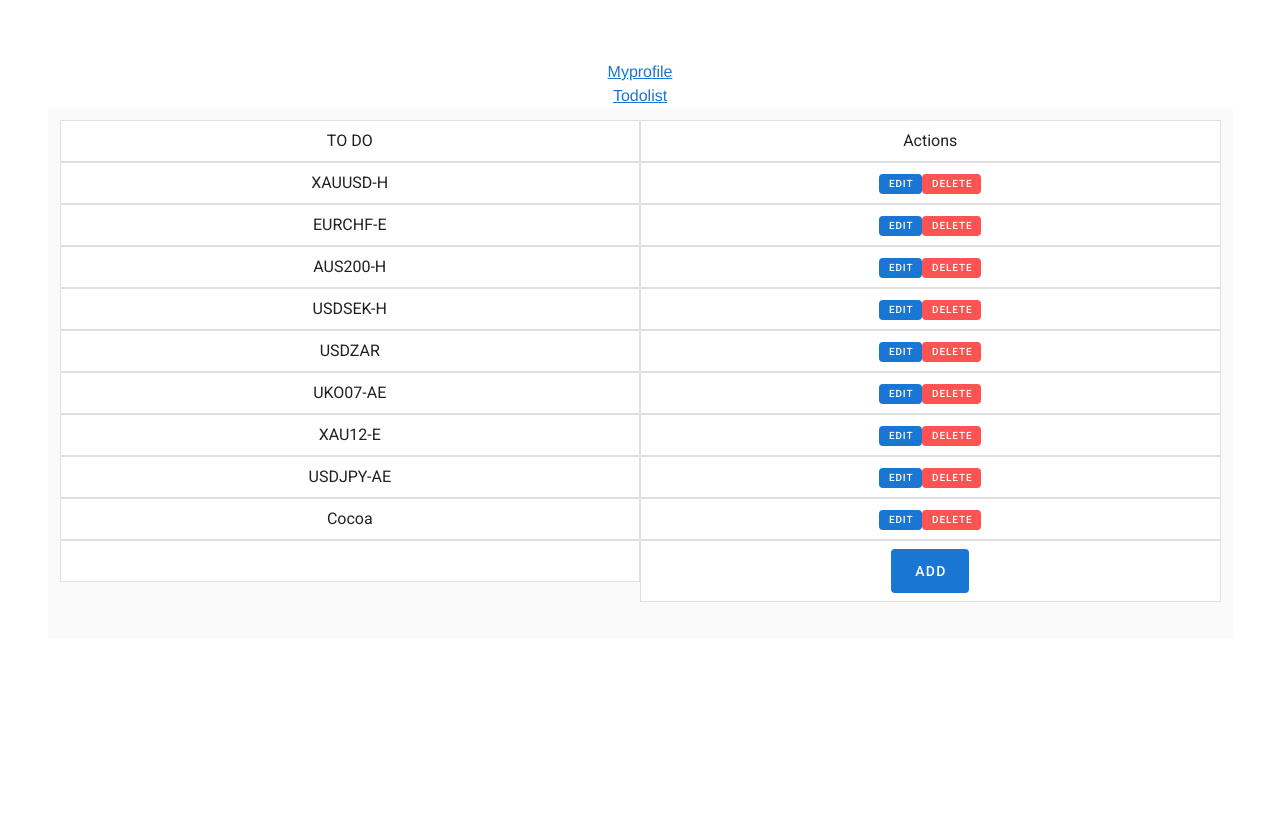
Repository: Shanshan67/todolist
Page: /#/todolist
The author's editor kept a copy of each file at every save. The page is drawn from the files as they stood at one save, then again after the next save.
The browser window is 1280 px wide. The pictures show the whole page.
The project was rebuilt for these pictures with package versions that can differ from the ones it lists, and the page was loaded fresh each time. Requests to the local data server were answered from the project's data file. Also part of the build but not shown: src/pages/Dashboard.vue, src/components/Search.vue, src/components/List.vue, src/pages/Myprofile.vue.

Above is the page before, as saved 2022-07-20 20:48:18.

### index.html
<!DOCTYPE html>
<html>
  <head>
    <meta charset="utf-8">
    <meta name="viewport" content="width=device-width,initial-scale=1.0">
    <link href="https://fonts.googleapis.com/css?family=Roboto:100,300,400,500,700,900" rel="stylesheet">
    <link href="https://cdn.jsdelivr.net/npm/@mdi/font@6.x/css/materialdesignicons.min.css" rel="stylesheet">
    <title>baoge</title>
  </head>
  <body>
    <div id="app"></div>
    <!-- built files will be auto injected -->
  </body>
</html>

### src/main.js
// The Vue build version to load with the `import` command
// (runtime-only or standalone) has been set in webpack.base.conf with an alias.
import Vue from 'vue'
import App from './App'
import router from './router'
import store from './store'
import './plugins/vuetify'
import vuetify from '@/plugins/vuetify'

Vue.config.productionTip = false

/* eslint-disable no-new */
new Vue({
  el: '#app',
  router,
  store,
  vuetify,
  components: { App },
  template: '<App/>'
})

### src/App.vue
<template>
  <v-app>
    <div>
      <HelloWorld/>
    </div>
    <div>
      <router-link to="/profile">Myprofile</router-link>
      <v-spacer></v-spacer>
      <router-link to="/todolist">Todolist</router-link>
    </div>
    <v-content>
      <router-view/>
    </v-content>
  </v-app>
</template>

<script>
import Dashboard from './pages/Dashboard.vue';
export default {
    name: "App",
    components: { Dashboard }
}
</script>

<style>
#app {
  font-family: 'Avenir', Helvetica, Arial, sans-serif;
  -webkit-font-smoothing: antialiased;
  -moz-osx-font-smoothing: grayscale;
  text-align: center;
  color: #2c3e50;
  margin-top: 60px;
}
</style>

### src/router/index.js
import Vue from 'vue'
import Router from 'vue-router'
import Dashboard from '@/pages/Dashboard'
import Myprofile from '../pages/Myprofile'
import Todolist from '../pages/Todolist'

Vue.use(Router)

export default new Router({
  routes: [
    {
      path: '/',
      name: 'Dashboard',
      component: Dashboard
    },
    {
			path:'/profile',
			component:Myprofile
		},
		{
			path:'/todolist',
			component:Todolist
		}
  ]
})

### src/store/index.js
import Vue from 'vue'
import Vuex from 'vuex'
import Axios from "axios"

Vue.use(Vuex)

const todoUrl = "http://localhost:3000/todos";

const actions = {
	searchName(context,value){
		Axios.get(`${todoUrl}/${value}`).then(response => {
            context.commit('searchName', response.data);
			console.log(response.data)
        });
	}
}


const mutations = {
	searchName(state,data){
		state.users = data
	}
}

const state = {
	users:[]
}

export default new Vuex.Store({
	state,
	actions,
	mutations
})

### src/plugins/vuetify.js
// src/plugins/vuetify.js

import Vue from 'vue'
import Vuetify from 'vuetify'
import 'vuetify/dist/vuetify.min.css'

Vue.use(Vuetify, {
    iconfont: 'md',
    theme:{
        primary: '#962ff',
        success: '#3cd1c2',
        info: '#ffaa2c',
        error: '#f83e70',
    }
})

const opts = {}

export default new Vuetify(opts)

### src/pages/Todolist.vue
<template>
	<div>
		<v-app id="inspire">
    		<v-container class="grey lighten-5">
				<v-row class="mb-6" no-gutters>
					<v-col sm="5" md="6">
						<v-card class="pa-2" outlined tile>TO DO</v-card>
					</v-col>
					<v-col sm="5" offset-sm="2" md="6" offset-md="0">
          				<v-card class="pa-2" outlined tile>Actions</v-card>
        			</v-col>

					<v-col sm="5" md="6">
						<v-card class="pa-2" outlined tile
							v-for="(item, i) in todoList" :key="i">
							{{item.name}}</v-card>
					</v-col>
					<v-col sm="5" offset-sm="2" md="6" offset-md="0">
          				<v-card class="pa-2" outlined tile
						v-for="(item, i) in todoList" :key="i">
							<v-btn x-small
        							depressed
        							color="primary"
									@click="handleEdit(item.id)">Edit</v-btn>
      		 				<v-btn x-small
        							depressed
        							color="error"
									@click="handleDelete(item.id)">Delete</v-btn></v-card>
        			</v-col>
					<v-col sm="6" md="5" lg="6">
          				<v-card class="pa-2" outlined tile>
							<input v-model="todoItem.name"/>
    					</v-card>
					</v-col>
        			<v-col sm="6" md="5" offset-md="2" lg="6" offset-lg="0">
          				<v-card class="pa-2" outlined tile>
							<v-btn large
        						depressed
        						color="primary"
								@click="handleToDoItem">{{ editMode ? "Edit" : "Add" }}</v-btn>
							<v-btn large
								v-if="editMode"
        						depressed
        						color="error"
								@click="handleCancel">Cancel</v-btn>
          				</v-card>
        			</v-col>
				</v-row>
			</v-container>
  		</v-app>
	</div>
</template>

<script>
	import Axios from "axios";
	const todoUrl = "http://localhost:3000/todos";
	export default {
		name:'Todolist',
		data() {
			return {
				todoList:[],
				todoItem:{},
				editMode:false
			}
		},
		methods: {
			handleEdit(id){
				this.editMode=true;
				this.todoItem=this.todoList.find((item) => item.id == id);
			},
			handleCancel() {
				this.editMode=false;
				this.todoItem="";
			},
			async handleToDoItem(){
				const id=this.todoItem.id;
				if(this.editMode){
					await Axios.put(`${todoUrl}/${id}`, this.todoItem);
					this.editMode=false;
					this.todoItem.name="";
				}else{
					await Axios.post(todoUrl, this.todoItem);
					this.todoItem.name = "";
				}
				Axios.get(todoUrl).then((response) => (this.todoList = response.data));
			},
			async handleDelete(id) {
				await Axios.delete(`${todoUrl}/${id}`);
				Axios.get(todoUrl).then((response) => (this.todoList = response.data));
			}
		},
		created() {
			Axios.get(todoUrl).then((response) => (this.todoList = response.data));
		}
	}
</script>

### db.json
{
  "todos": [
    {
      "id": 2,
      "server_id": 3,
      "name": "XAUUSD-H",
      "description": "Gold vs USD",
      "currency": "USD",
      "type": 4,
      "digits": 2,
      "trade": 0,
      "swap_long": -1.83625,
      "swap_short": 1.82325,
      "contract_size": 100
    },
    {
      "id": 3,
      "server_id": 3,
      "name": "EURCHF-E",
      "description": "Euro vs Swiss Franc",
      "currency": "EUR",
      "type": 6,
      "digits": 5,
      "trade": 0,
      "swap_long": 0.027,
      "swap_short": -0.825,
      "contract_size": 100000
    },
    {
      "id": 4,
      "server_id": 3,
      "name": "AUS200-H",
      "description": "S&P/ASX200",
      "currency": "AUD",
      "type": 4,
      "digits": 2,
      "trade": 0,
      "swap_long": 0.68,
      "swap_short": -1.06,
      "contract_size": 1
    },
    {
      "id": 5,
      "server_id": 3,
      "name": "USDSEK-H",
      "description": "US Dollar vs Swedish Krona",
      "currency": "USD",
      "type": 4,
      "digits": 5,
      "trade": 0,
      "swap_long": 0.256,
      "swap_short": -1.44,
      "contract_size": 100000
    },
    {
      "id": 6,
      "server_id": 3,
      "name": "USDZAR",
      "description": "US Dollar vs South African Rand",
      "currency": "USD",
      "type": 0,
      "digits": 5,
      "trade": 2,
      "swap_long": -23.004,
      "swap_short": 5.88,
      "contract_size": 100000
    },
    {
      "id": 8,
      "server_id": 3,
      "name": "UKO07-AE",
      "description": "Brent Crude Oil Cash Future 0124-0530",
      "currency": "USD",
      "type": 29,
      "digits": 3,
      "trade": 0,
      "swap_long": -8.604,
      "swap_short": 4.626,
      "contract_size": 1000
    },
    {
      "id": 9,
      "server_id": 3,
      "name": "XAU12-E",
      "description": "Gold Future",
      "currency": "USD",
      "type": 4,
      "digits": 2,
      "trade": 0,
      "swap_long": -11.088,
      "swap_short": 0.792,
      "contract_size": 100
    },
    {
      "id": 10,
      "server_id": 3,
      "name": "USDJPY-AE",
      "description": "US Dollar vs Japanese Yen",
      "currency": "USD",
      "type": 27,
      "digits": 3,
      "trade": 0,
      "swap_long": 1.35,
      "swap_short": -4.191,
      "contract_size": 100000
    },
    {
      "id": 11,
      "server_id": 3,
      "name": "Cocoa",
      "description": "US Cocoa",
      "currency": "USD",
      "type": 20,
      "digits": 1,
      "trade": 0,
      "swap_long": -12.3289,
      "swap_short": 7.3873,
      "contract_size": 10
    }
  ]
}

After the next save:
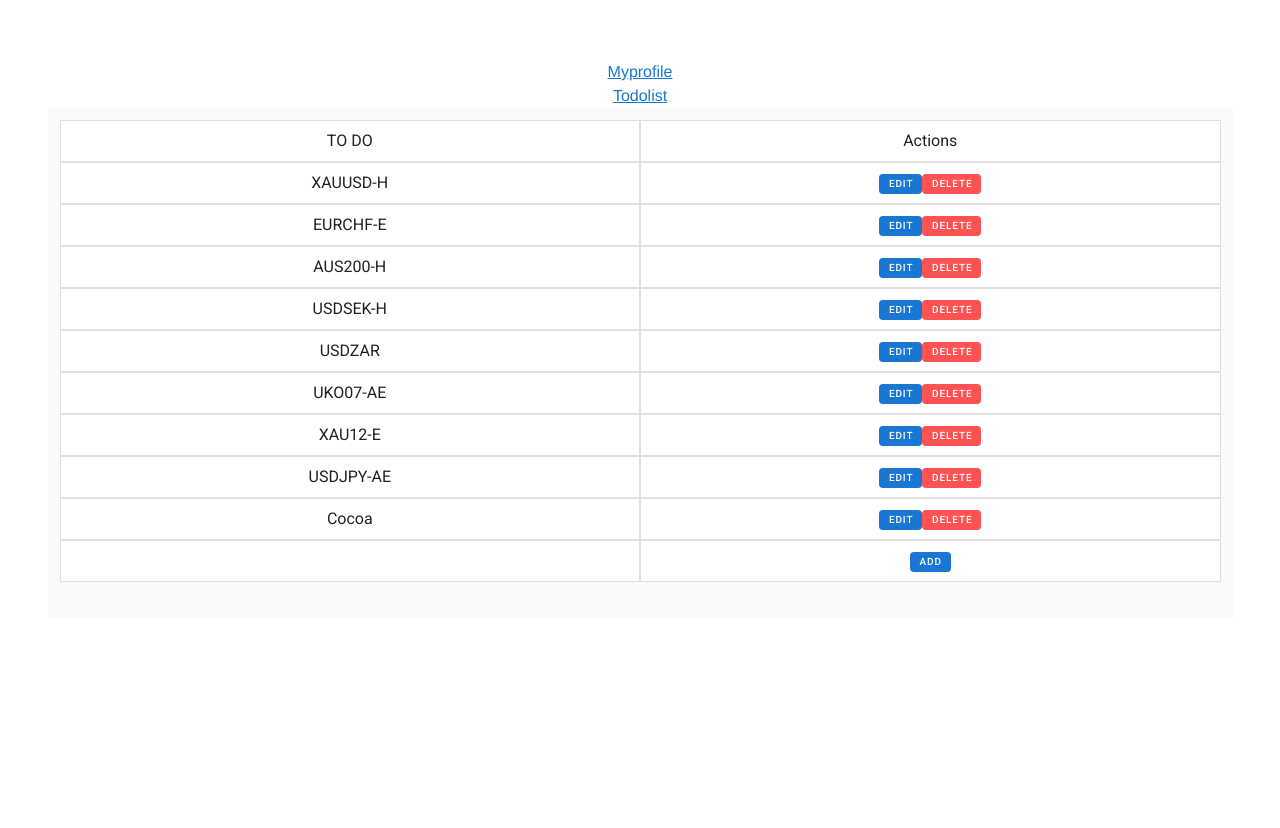
Saved 43 s later.
--- a/src/pages/Todolist.vue
+++ b/src/pages/Todolist.vue
@@ -34,11 +34,11 @@
 					</v-col>
         			<v-col sm="6" md="5" offset-md="2" lg="6" offset-lg="0">
           				<v-card class="pa-2" outlined tile>
-							<v-btn large
+							<v-btn x-small
         						depressed
         						color="primary"
 								@click="handleToDoItem">{{ editMode ? "Edit" : "Add" }}</v-btn>
-							<v-btn large
+							<v-btn x-small
 								v-if="editMode"
         						depressed
         						color="error"
